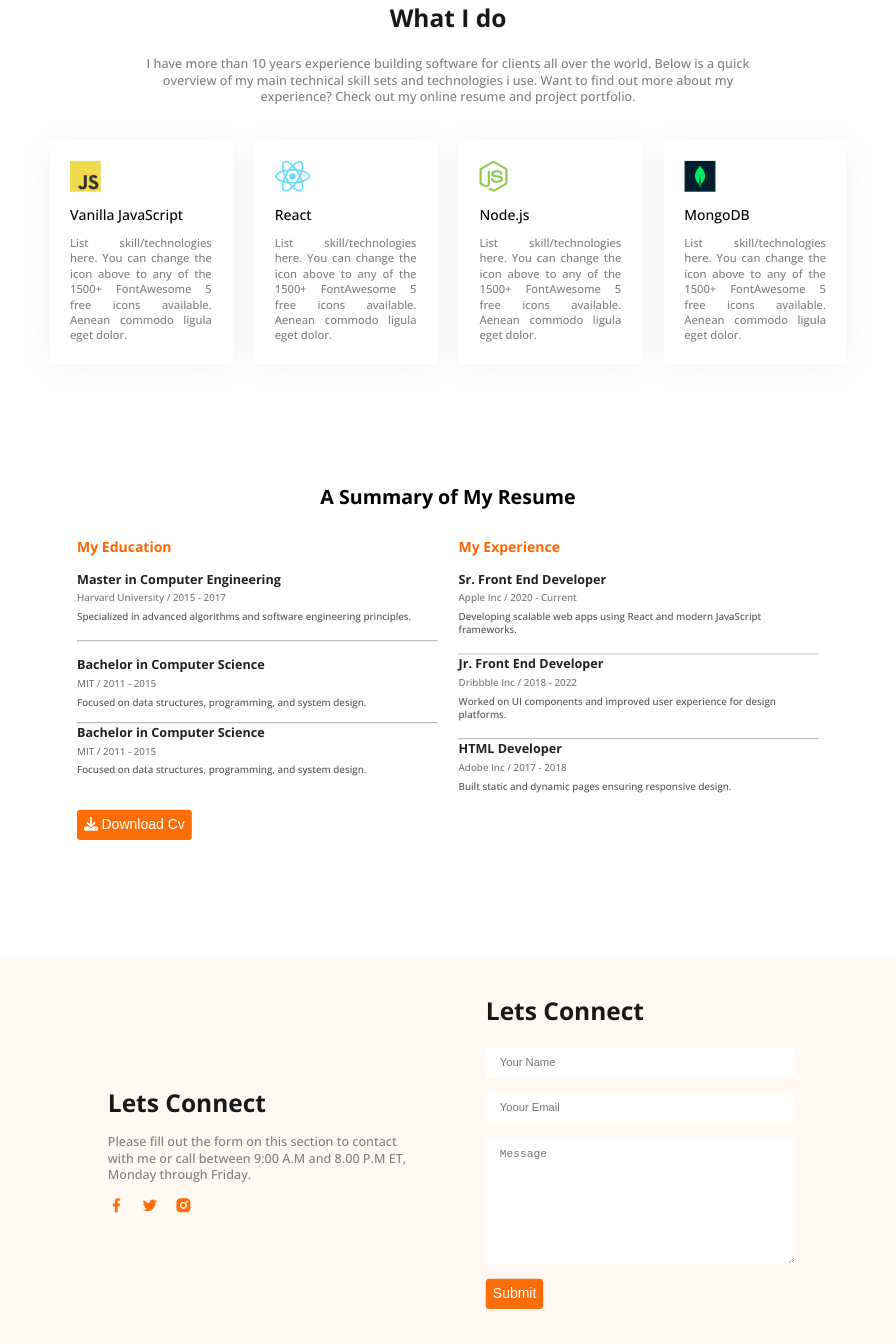
Repository: nahid-hasann/website-1
Page: index.html
These files come from the project's save history. The page is drawn as it stood at one moment and after a run of saves; the edit follows.
The browser window is 1280 px wide. The pictures show the part of the page from y = 1627 to 3547 px (the page is 3547 px tall), at 70% of full size.

Above is the page before, as saved 2025-07-08 15:00:53.

After the next 4 saves:
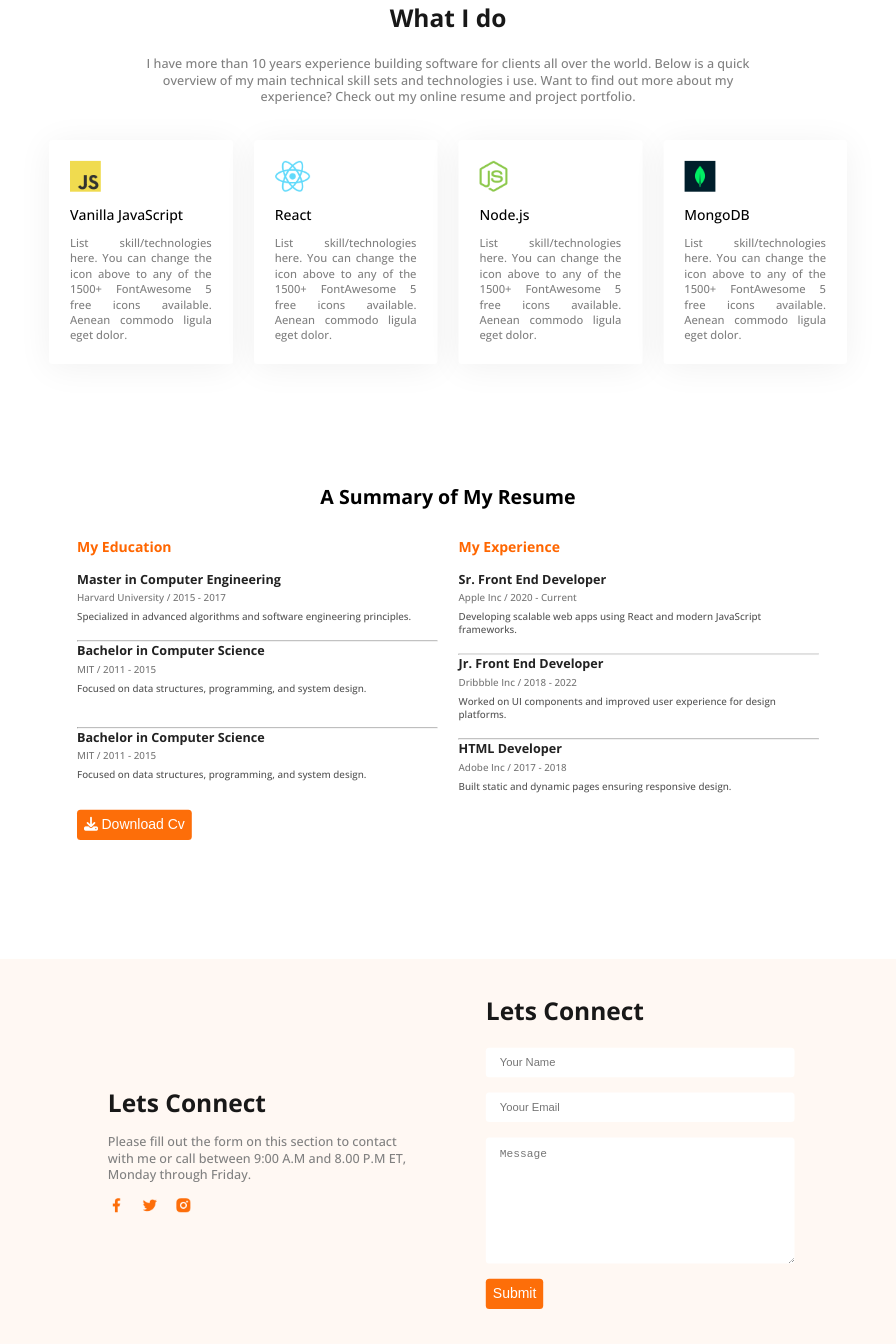
The 4 saves are shown as one change because they came seconds apart.
The last was saved 27 s later.
--- a/index.html
+++ b/index.html
@@ -119,11 +119,12 @@
           <p>Specialized in advanced algorithms and software engineering principles.</p>
         </div>
         <hr>
-        <div class="item-m" style="margin: 20px 0px;">
+        <div class="item-m">
           <h4>Bachelor in Computer Science</h4>
           <span>MIT / 2011 - 2015</span>
           <p>Focused on data structures, programming, and system design.</p>
         </div>
+        <br>
         <hr>
         <div class="item-m">
           <h4>Bachelor in Computer Science</h4>
